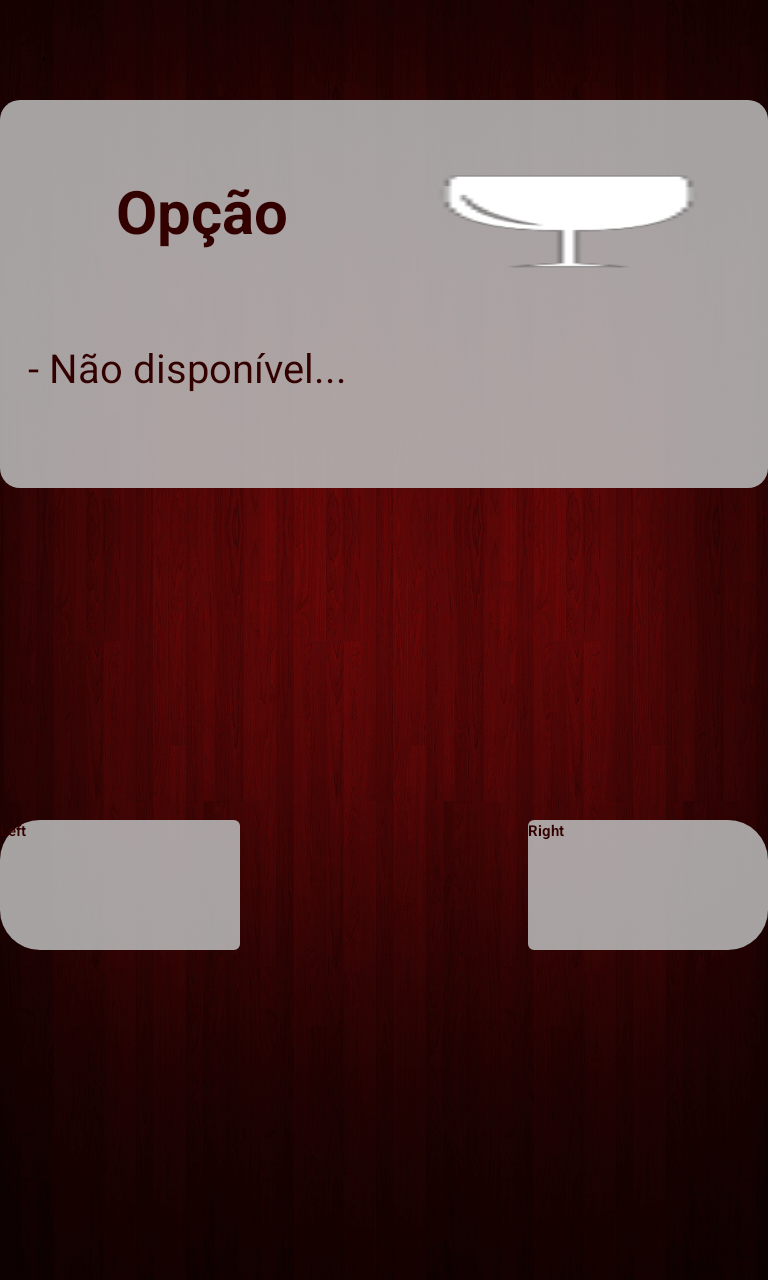
Repository: LuisFilipeDias/eMenu
Layout: SideMenuTutorial/res/layout/display_fragment.xml
These files come from the project's save history. The layout is drawn as it stood at one moment and after a run of saves; the edit follows.
It is drawn on a 768 x 1280 px phone screen (xhdpi) without system bars, with theme Theme.Sherlock; the app's code is not run.

Above is the layout before, as saved 2013-12-23 19:00:49.

### SideMenuTutorial/res/layout/display_fragment.xml
<LinearLayout xmlns:android="http://schemas.android.com/apk/res/android"
    xmlns:tools="http://schemas.android.com/tools"
    android:id="@+id/scrollView1"
    android:layout_width="match_parent"
    android:layout_height="match_parent"
	android:layout_marginLeft="15dp"
	android:layout_marginRight="15dp"
    android:orientation="vertical"
    android:background="@drawable/back_a"
    tools:context=".MainActivity" >

	<ScrollView
	    android:layout_width="match_parent"
	    android:layout_height="match_parent" >


    <RelativeLayout
        android:layout_width="match_parent"
        android:layout_height="match_parent">

	    <ScrollView
            android:id="@+id/display_scroll"
	        android:layout_width="match_parent"
	        android:layout_height="380dp" >

            <RelativeLayout
                android:id="@+id/display_ll_1"
                android:layout_width="match_parent"
                android:layout_height="wrap_content"
                android:layout_marginBottom="100dp"
                android:layout_marginTop="50dp"
                android:background="@drawable/center_clicked"
                android:orientation="vertical" >

                <TextView
                    android:id="@+id/bogus_ttl"
                    android:layout_width="202dp"
                    android:layout_height="wrap_content"
                    android:layout_marginBottom="20dp"
                    android:layout_marginTop="35dp"
                    android:layout_alignParentLeft="true"
                    android:gravity="center_horizontal|center_vertical"
                    android:text="@string/bogus_ttl"
                    android:textAppearance="?android:attr/textAppearanceLarge"
                    android:textColor="@color/brown"
                    android:textSize="30sp"
                    android:textStyle="bold" />

                <TextView
                    android:id="@+id/bogus_ttl"
                    android:layout_width="202dp"
                    android:layout_height="wrap_content"
                    android:layout_marginBottom="20dp"
                    android:layout_marginTop="35dp"
                    android:layout_alignParentRight="true"
                    android:gravity="center_horizontal|center_vertical"
                    android:background="@drawable/drink"
                    android:textAppearance="?android:attr/textAppearanceLarge"
                    android:textColor="@color/brown"
                    android:textSize="30sp"
                    android:textStyle="bold" />

                <RelativeLayout
                    android:id="@+id/disp_rel2"
                    android:layout_width="match_parent"
                    android:layout_height="wrap_content"
                    android:layout_marginTop="15dp"
                    android:orientation="vertical"
                    android:layout_below="@+id/bogus_ttl" >

                    <TextView
                        android:id="@+id/bogus_txt"
                        android:layout_width="wrap_content"
                        android:layout_height="wrap_content"
                        android:layout_alignParentLeft="true"
                        android:layout_alignParentTop="true"
                        android:layout_marginLeft="14dp"
                        android:maxWidth="230dp"
                        android:text="@string/bogus_txt"
                        android:textAppearance="?android:attr/textAppearanceLarge"
                        android:textColor="@color/brown"
                        android:textSize="20sp" />

                    <TextView
                        android:id="@+id/bogus_price"
                        android:layout_width="wrap_content"
                        android:layout_height="wrap_content"
                        android:layout_alignParentRight="true"
                        android:layout_alignParentTop="true"
                        android:layout_marginRight="14dp"
                        android:gravity="center_horizontal"
                        android:text="@string/bogus_price"
                        android:textAppearance="?android:attr/textAppearanceLarge"
                        android:textColor="@color/brown"
                        android:textSize="20sp"
                        android:textStyle="bold" />
                </RelativeLayout>
            </RelativeLayout>
    	</ScrollView>

	        <RelativeLayout
	            android:layout_marginTop="30dp"
	            android:layout_width="match_parent"
	            android:layout_height="match_parent"
	            android:layout_alignParentBottom="true"
	            android:layout_below="@+id/display_scroll" >

	            <Button
	                android:id="@+id/right_button"
	                android:text="@string/right_btn_txt"
                    android:textColor="@color/brown"
	                android:textStyle="bold"
	                android:layout_width="120dp"
	                android:layout_height="65dp"
	                android:background="@drawable/right_tri_clicked"
	                android:orientation="vertical"
	                android:layout_alignParentRight="true"
	                android:onClick="rightClicked" >
	            </Button>

	            <Button
	                android:id="@+id/left_button"
	                android:text="@string/left_btn_txt"
                    android:textColor="@color/brown"
	                android:textStyle="bold"
	                android:layout_width="120dp"
	                android:layout_height="65dp"
	                android:background="@drawable/left_tri_clicked"
	                android:orientation="vertical"
	                android:layout_alignParentLeft="true"
	                android:onClick="leftClicked" >
	            </Button>
        	</RelativeLayout>
    </RelativeLayout>
    </ScrollView>

</LinearLayout>

### SideMenuTutorial/res/drawable/center_clicked.xml
<?xml version="1.0" encoding="utf-8"?>
<selector xmlns:android="http://schemas.android.com/apk/res/android">
<!-- Button Focused-->
    <item   android:state_focused="true"
            android:state_pressed="false"
            android:drawable="@drawable/center_bg"
            />
<!-- Button Focused Pressed-->
    <item   android:state_focused="true"
            android:state_pressed="true"
            android:drawable="@drawable/center_bg"
            />
<!-- Button Pressed-->
    <item   android:state_focused="false"
            android:state_pressed="true"
            android:drawable="@drawable/center_bg"
            />
<!-- Button Default Image-->
    <item   android:drawable="@drawable/center_hover"/>

</selector>

### SideMenuTutorial/res/values/strings.xml
<?xml version="1.0" encoding="utf-8"?>
<resources>


    <string name="drawer_close">drawer_close</string>
    <string name="drawer_open">drawer_open</string>
    <string name="title_activity_fetch_database">title_activity_fetch_database</string>
    <string name="title_activity_main">Escolher Restaurante</string>
    <string name="title_activity_display">Escolher Opção</string>
    <string name="title_activity_menu">Restaurantes</string>
    <string name="title_display_activity">Escolher</string>
    <string name="action_settings">action_settings</string>
    <string name="Fragment1">Fragment1</string>
    <string name="Fragment2">Fragment2</string>
    <string name="Fragment3">Fragment3</string>
    <string name="hello_world">Hello</string>
    <string name="Fragment1">Fragment1</string>
    <string name="menu_settings">Definições</string>

    <string name="menu_txt">Menus</string>
    <string name="entry_txt">Entradas</string>
    <string name="meat_txt">Pratos de Carne</string>
    <string name="fish_txt">Pratos de peixe</string>
    <string name="others_txt">Outros Pratos</string>
    <string name="deserts_txt">Sobremesas</string>
    <string name="drinks_txt">Bebidas</string>

    <string name="app_name">eMenu</string>
    <string name="carte_ttl">Ementas</string>
    <string name="info_ttl">Informações</string>

    <string name="resumee_ttl">Resumo:</string>
    <string name="resumee_txt">.    Não definido    </string>
    <string name="website_ttl">Website:</string>
    <string name="website_txt">.    Não definido    </string>
    <string name="location_ttl">Localização:</string>
    <string name="location_txt">.    Não definido    </string>
    <string name="contacts_ttl">Contactos:</string>
    <string name="phone_txt">- Telefones -</string>
    <string name="email_txt">- Emails -</string>

    <string name="bogus_ttl">Opção</string>
    <string name="bogus_txt"> - Não disponível...\n\n</string>
    <string name="bogus_price"> </string>

    <string name="left_btn_txt">Left</string>
    <string name="right_btn_txt">Right</string>
</resources>

### SideMenuTutorial/res/values/colors.xml
<?xml version="1.0" encoding="utf-8"?>
<resources>
        <color name="background_color">#888888</color>
        <color name="text_color">#00FFFF</color>
        <color name="random_color">#0000FF</color>
        <color name="light_grey">#EBEBEB</color>
        <color name="medium_grey">#A0A0A0</color>
        <color name="dark_grey">#646464</color>
        <color name="light_red">#FFE2E2</color>
        <color name="medium_red">#FFB4B4</color>
        <color name="light_blue">#E2E2FF</color>
        <color name="medium_blue">#B4B4FF</color>
        <color name="dark_blue">#0000FF</color>
        <color name="light_green">#E2FFE2</color>
        <color name="medium_green">#B4FFB4</color>
        <color name="emenu_color">#9F9F9F</color>
        <color name="light_orange">#FFC983</color>
        <color name="medium_orange">#FFB778</color>
        <color name="light_yellow">#FFFFBF</color>
        <color name="medium_yellow">#FFFFA3</color>
        <color name="white">#FFFFFF</color>
        <color name="top_blue">#3399CC</color>
        <color name="brown">#330000</color>
</resources>

### SideMenuTutorial/res/drawable/right_tri_clicked.xml
<?xml version="1.0" encoding="utf-8"?>
<selector xmlns:android="http://schemas.android.com/apk/res/android">
<!-- Button Focused-->
    <item   android:state_focused="true"
            android:state_pressed="false"
            android:drawable="@drawable/right_tri_bg"
            />
<!-- Button Focused Pressed-->
    <item   android:state_focused="true"
            android:state_pressed="true"
            android:drawable="@drawable/right_tri_bg"
            />
<!-- Button Pressed-->
    <item   android:state_focused="false"
            android:state_pressed="true"
            android:drawable="@drawable/right_tri_bg"
            />
<!-- Button Default Image-->
    <item   android:drawable="@drawable/right_tri_hover"/>

</selector>

### SideMenuTutorial/res/drawable/left_tri_clicked.xml
<?xml version="1.0" encoding="utf-8"?>
<selector xmlns:android="http://schemas.android.com/apk/res/android">
<!-- Button Focused-->
    <item   android:state_focused="true"
            android:state_pressed="false"
            android:drawable="@drawable/left_tri_bg"
            />
<!-- Button Focused Pressed-->
    <item   android:state_focused="true"
            android:state_pressed="true"
            android:drawable="@drawable/left_tri_bg"
            />
<!-- Button Pressed-->
    <item   android:state_focused="false"
            android:state_pressed="true"
            android:drawable="@drawable/left_tri_bg"
            />
<!-- Button Default Image-->
    <item   android:drawable="@drawable/left_tri_hover"/>

</selector>

### SideMenuTutorial/res/drawable/left_tri_bg.xml
<?xml version="1.0" encoding="UTF-8"?>
<shape xmlns:android="http://schemas.android.com/apk/res/android">
<!--this is to give gradient effect -->
<gradient   android:angle="270"
            android:startColor="#FFFFFFFF"
            android:endColor="#FFFFFFFF"
            />
<!-- this is make corners of button rounded -->
<corners    android:topLeftRadius="20dip"
               android:bottomRightRadius="3dip"
               android:topRightRadius="3dip"
               android:bottomLeftRadius="20dip"/>

</shape>

### SideMenuTutorial/res/drawable/left_tri_hover.xml
<?xml version="1.0" encoding="UTF-8"?>
<shape xmlns:android="http://schemas.android.com/apk/res/android">
<!--this is to give gradient effect -->
<gradient   android:angle="270"
               android:startColor="#DDBBBBBB"
               android:endColor="#DDBBBBBB"
               />
<!-- this is make corners of button rounded -->
<corners    android:topLeftRadius="20dip"
               android:bottomRightRadius="3dip"
               android:topRightRadius="3dip"
               android:bottomLeftRadius="20dip"/>

</shape>

### SideMenuTutorial/res/drawable/right_tri_bg.xml
<?xml version="1.0" encoding="UTF-8"?>
<shape xmlns:android="http://schemas.android.com/apk/res/android">
<!--this is to give gradient effect -->
<gradient   android:angle="270"
            android:startColor="#FFFFFFFF"
            android:endColor="#FFFFFFFF"
            />
<!-- this is make corners of button rounded -->
<corners    android:topLeftRadius="3dip"
               android:bottomRightRadius="20dip"
               android:topRightRadius="20dip"
               android:bottomLeftRadius="3dip"/>

</shape>

### SideMenuTutorial/res/drawable/right_tri_hover.xml
<?xml version="1.0" encoding="UTF-8"?>
<shape xmlns:android="http://schemas.android.com/apk/res/android">
<!--this is to give gradient effect -->
<gradient   android:angle="270"
               android:startColor="#DDBBBBBB"
               android:endColor="#DDBBBBBB"
               />
<!-- this is make corners of button rounded -->
<corners    android:topLeftRadius="3dip"
               android:bottomRightRadius="20dip"
               android:topRightRadius="20dip"
               android:bottomLeftRadius="3dip"/>

</shape>

### SideMenuTutorial/res/drawable/center_bg.xml
<?xml version="1.0" encoding="UTF-8"?>
<shape xmlns:android="http://schemas.android.com/apk/res/android">
<!--this is to give gradient effect -->
<gradient   android:angle="270"
            android:startColor="#FFFFFFFF"
            android:endColor="#FFFFFFFF"
            />
<!-- this is make corners of button rounded -->
<corners    android:topLeftRadius="10dip"
               android:bottomRightRadius="10dip"
               android:topRightRadius="10dip"
               android:bottomLeftRadius="10dip"/>

</shape>

### SideMenuTutorial/res/drawable/center_hover.xml
<?xml version="1.0" encoding="UTF-8"?>
<shape xmlns:android="http://schemas.android.com/apk/res/android">
<!--this is to give gradient effect -->
<gradient   android:angle="270"
               android:startColor="#DDBBBBBB"
               android:endColor="#DDBBBBBB"
               />
<!-- this is make corners of button rounded -->
<corners    android:topLeftRadius="10dip"
               android:bottomRightRadius="10dip"
               android:topRightRadius="10dip"
               android:bottomLeftRadius="10dip"/>

</shape>

After the next 2 saves:
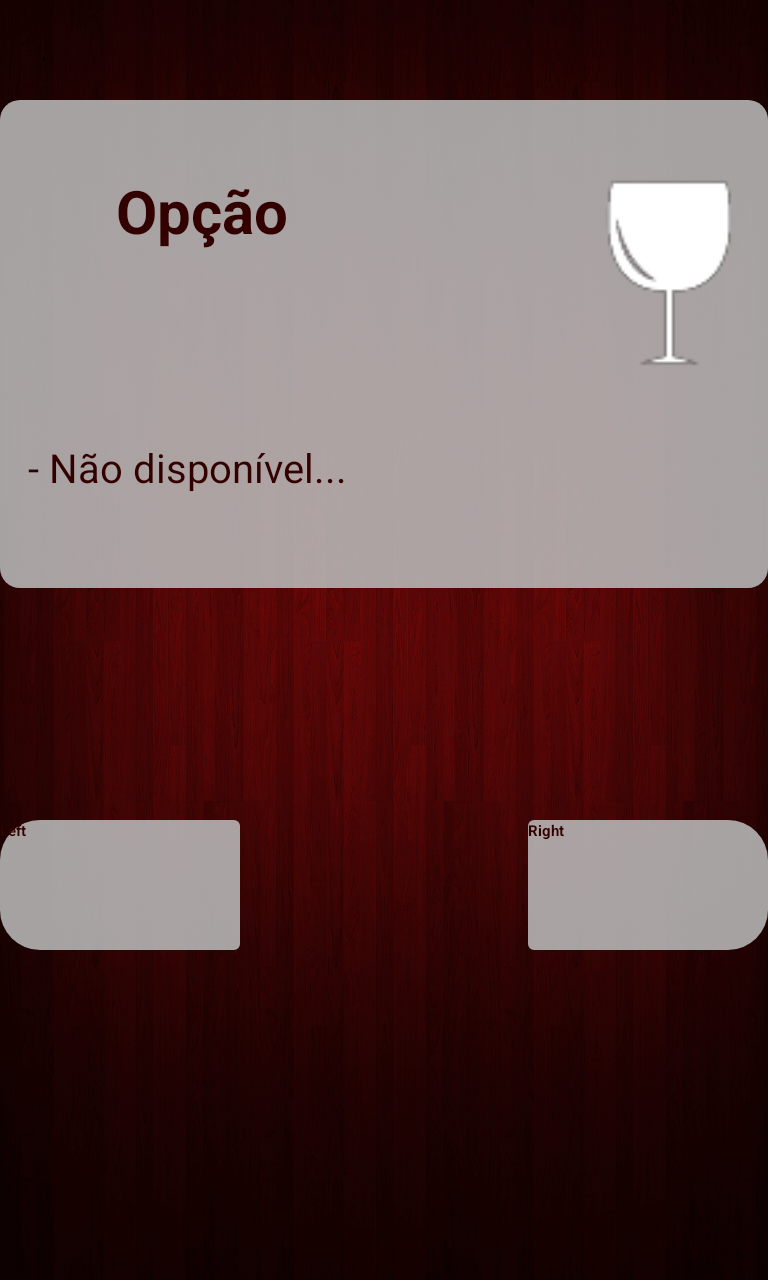
The 2 saves are shown as one change because they came seconds apart.
The last was saved 14 s later.
--- a/SideMenuTutorial/res/layout/display_fragment.xml
+++ b/SideMenuTutorial/res/layout/display_fragment.xml
@@ -48,13 +48,13 @@
 
                 <TextView
                     android:id="@+id/bogus_ttl"
-                    android:layout_width="202dp"
-                    android:layout_height="wrap_content"
+                    android:layout_width="100dp"
+                    android:layout_height="100dp"
+                    android:layout_alignParentRight="true"
                     android:layout_marginBottom="20dp"
                     android:layout_marginTop="35dp"
-                    android:layout_alignParentRight="true"
+                    android:background="@drawable/drink"
                     android:gravity="center_horizontal|center_vertical"
-                    android:background="@drawable/drink"
                     android:textAppearance="?android:attr/textAppearanceLarge"
                     android:textColor="@color/brown"
                     android:textSize="30sp"
